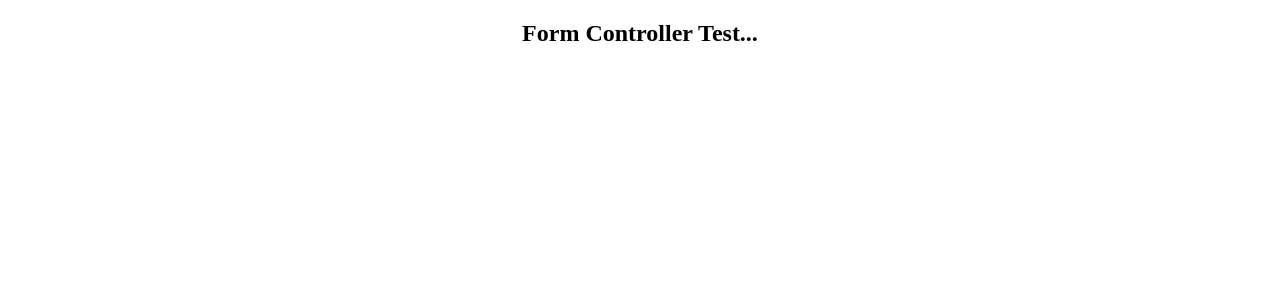
Repository: hamham1210/JavaStudy
Page: Maven02_SpringMVC/src/main/webapp/form.html
These files come from the project's save history. The page is drawn as it stood at one moment and after the next save; the edit follows.
The browser window is 1280 px wide. The pictures show the whole page.

Above is the page before, as saved 2024-10-02 03:04:58.

### Maven02_SpringMVC/src/main/webapp/form.html
<!DOCTYPE html>
<html>
<head>
<meta charset="UTF-8">
<title>Insert title here</title>
</head>
<body>
<h2 align="center">Form Controller Test...</h2>
</body>
</html>

After the next save:
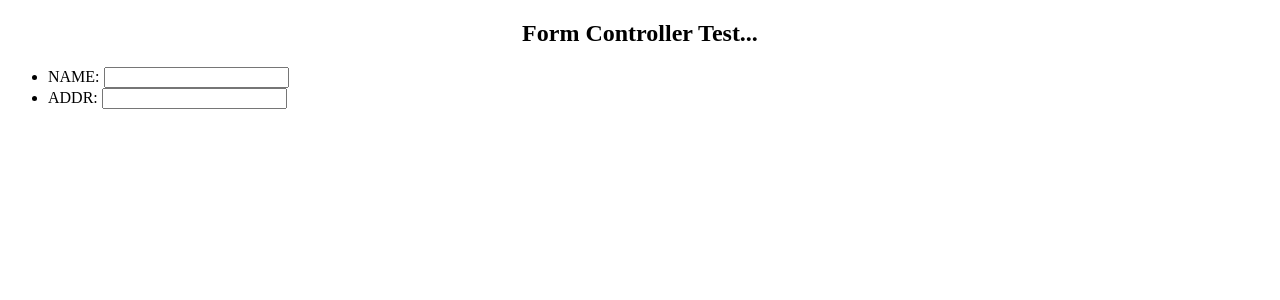
Saved 98 s later.
--- a/Maven02_SpringMVC/src/main/webapp/form.html
+++ b/Maven02_SpringMVC/src/main/webapp/form.html
@@ -6,5 +6,11 @@
 </head>
 <body>
 <h2 align="center">Form Controller Test...</h2>
+<form action="form.do" method="post">
+<ul>
+<li> NAME: <input type="text" name="userName" id="userName"></li>
+<li> ADDR: <input type="text" name="userAddr" id="userAddr"></li>
+</ul>
+</form>
 </body>
 </html>
